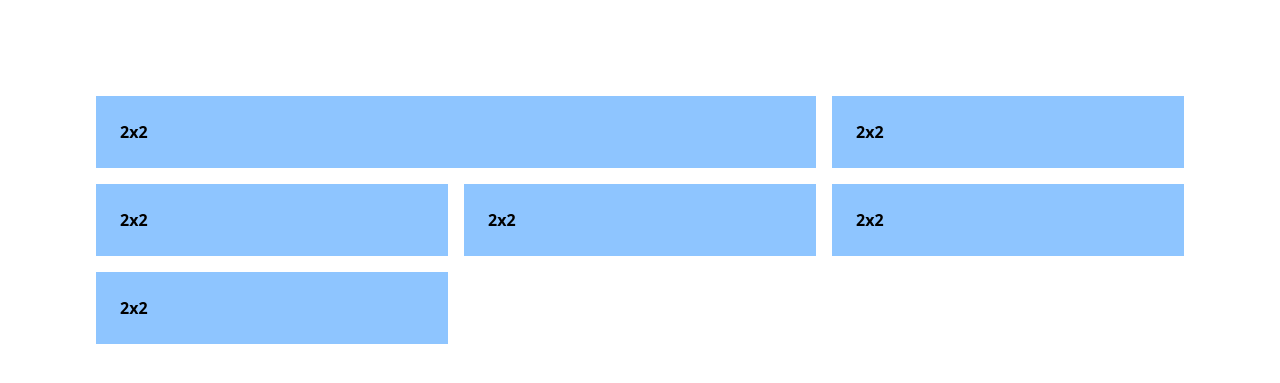
Repository: Abdulahi338/TailwindCss-exercise
Page: Exercise3/index.html
These files come from the project's save history. The page is drawn as it stood at one moment and after a run of saves; the edit follows.
The browser window is 1280 px wide. The pictures show the whole page.

Above is the page before, as saved 2025-07-27 18:05:03.

After the next 3 saves:
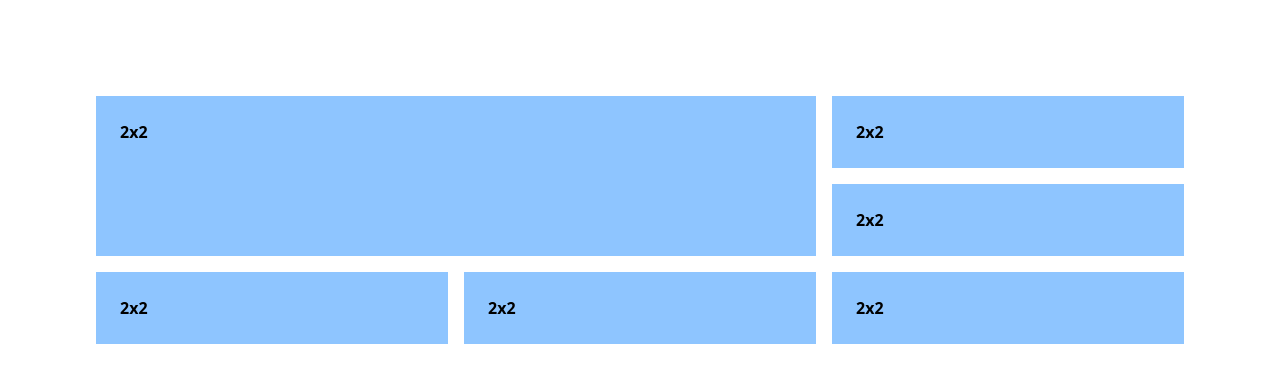
The 3 saves are shown as one change because they came seconds apart.
The last was saved 9 s later.
--- a/Exercise3/index.html
+++ b/Exercise3/index.html
@@ -10,7 +10,7 @@
 <body>
 
     <div class="grid grid-cols-3 grid-rwos-3 gap-4 m-24">
-        <div class="bg-blue-300 p-6 font-bold col-span-2 ">2x2</div>
+        <div class="bg-blue-300 p-6 font-bold col-span-2 row-span-2">2x2</div>
         <div class="bg-blue-300 p-6 font-bold">2x2</div>
         <div class="bg-blue-300 p-6 font-bold">2x2</div>
         <div class="bg-blue-300 p-6 font-bold">2x2</div>
